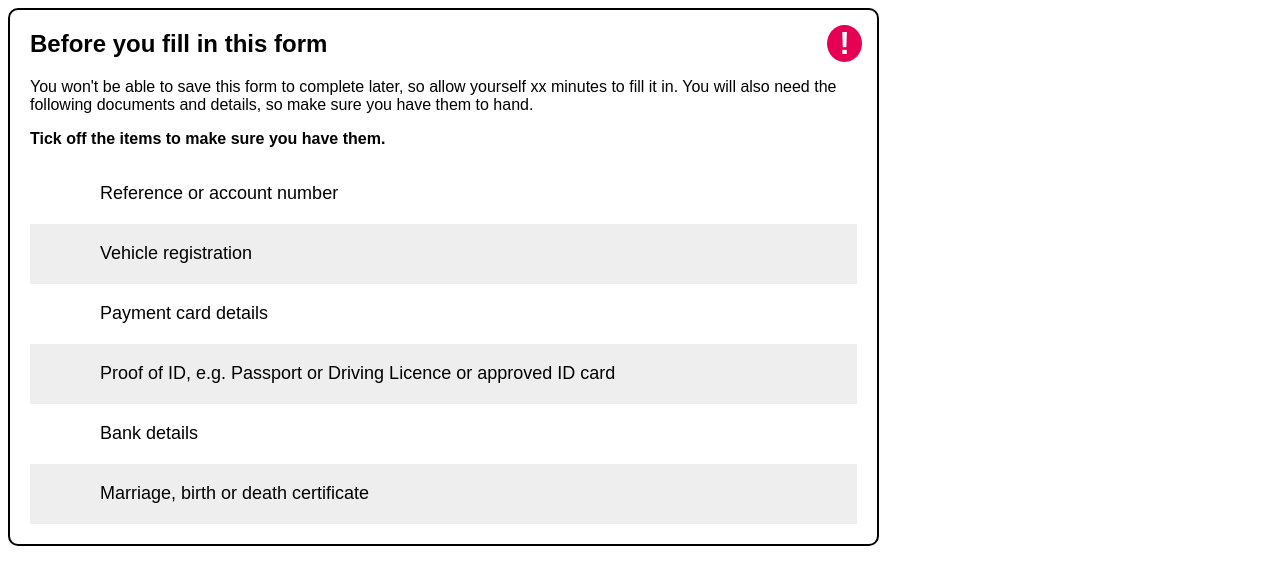
Repository: DigitalExperienceTeam/formchecklist
Page: index.html
The author's editor kept a record of every edit. The page is drawn from the files as they stood at one moment, then again after the next edit.
The browser window is 1280 px wide. The pictures show the whole page.

Above is the page before.

After the next edit:
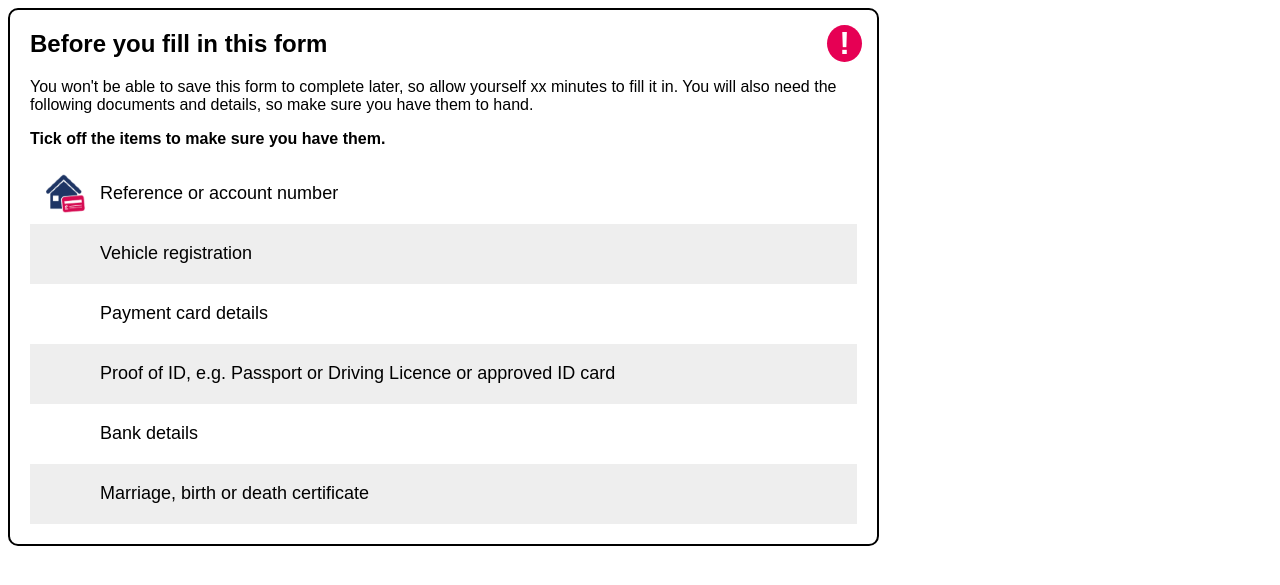
The edit:
--- a/style.css
+++ b/style.css
@@ -77,8 +77,28 @@
 }
 
 .checklist ul li.reference::before {
+ content: url("Taxsmall.png");
+}
 
- content: url("Taxsmall.png")
+.checklist ul li.reference::before {
+ content: url("Taxsmall.png");
+}
+
+.checklist ul li.reference::before {
+ content: url("Taxsmall.png");
+}
+
+.checklist ul li.reference::before {
+ content: url("Taxsmall.png");
+}
+
+.checklist ul li.reference::before {
+ content: url("Taxsmall.png");
+}
+
+.checklist ul li.reference::before {
+ content: url("Taxsmall.png");
+}
 
      <li class="reference">Reference or account number</li>
   <li class="registration">Vehicle registration</li>
